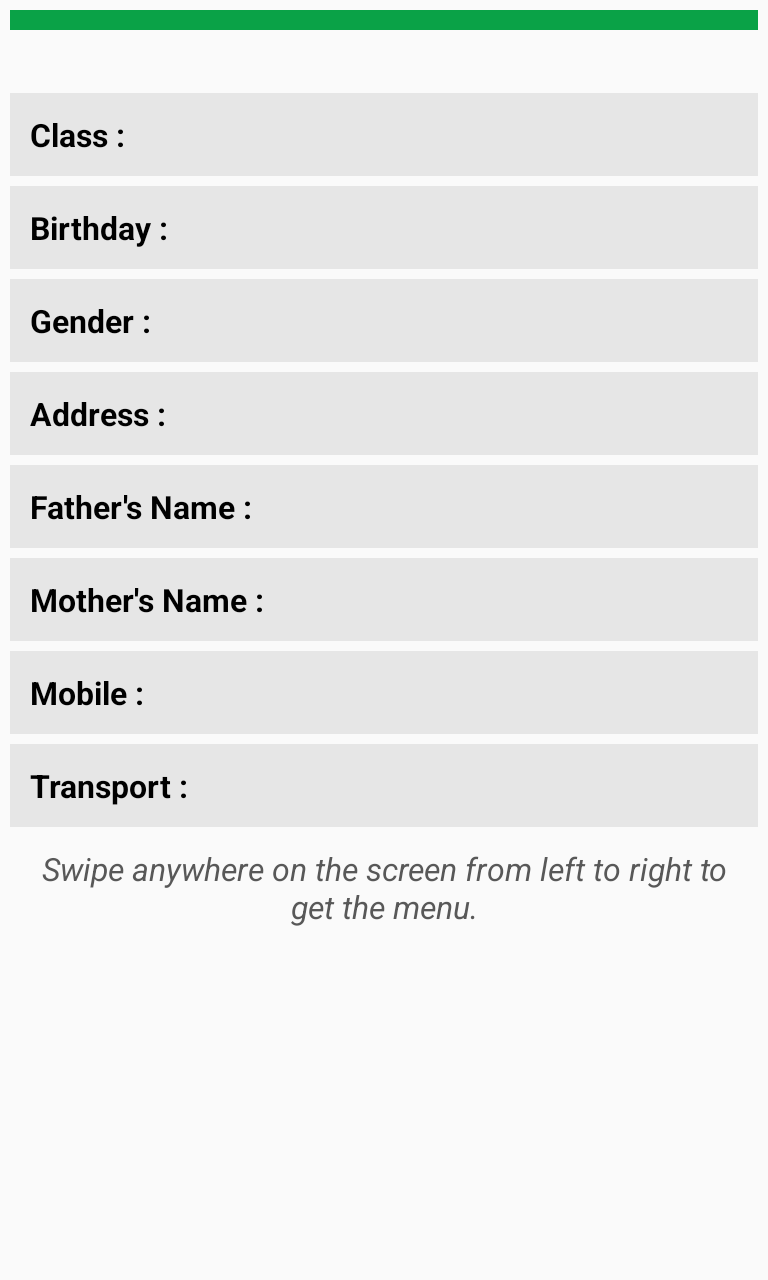
Repository: iguardian2015/iguardian-litchi
Layout: iguardian/res/layout/costum_main_student.xml
These files come from the project's save history. The layout is drawn as it stood at one moment and after the next save; the edit follows.
It is drawn on a 768 x 1280 px phone screen (xhdpi) without system bars, with theme AppTheme; the app's code is not run.

Above is the layout before, as saved 2015-01-14 16:22:54.

### iguardian/res/layout/costum_main_student.xml
<ScrollView xmlns:android="http://schemas.android.com/apk/res/android"
    xmlns:tools="http://schemas.android.com/tools"
    android:layout_width="fill_parent"
    android:layout_height="fill_parent"
    tools:context=".ComposeMessage" >

    <LinearLayout
        android:layout_width="match_parent"
        android:layout_height="wrap_content"
        android:layout_centerInParent="false"
        android:orientation="vertical"
        android:padding="5dp" >

        <ImageView
            android:id="@+id/student_image"
            android:layout_width="fill_parent"
            android:layout_height="fill_parent"
            android:layout_gravity="center"
            android:background="#0AA247"
            android:padding="5dp" />

        <TextView
            android:id="@+id/student_name"
            android:layout_width="fill_parent"
            android:layout_height="wrap_content"
            android:gravity="center"
            android:padding="5dp"
            android:textColor="#000000"
            android:textSize="16sp"
            android:textStyle="bold" />

        <LinearLayout
            android:layout_width="match_parent"
            android:layout_height="wrap_content"
            android:layout_centerInParent="false"
            android:layout_marginBottom="5dp"
            android:background="#E6E6E6"
            android:orientation="horizontal"
            android:padding="5dp" >

            <TextView
                android:id="@+id/student_classs"
                android:layout_width="wrap_content"
                android:layout_height="wrap_content"
                android:gravity="left"
                android:padding="5dp"
                android:text="Class :"
                android:textColor="#000000"
                android:textSize="16sp"
                android:textStyle="bold" />

            <TextView
                android:id="@+id/student_class"
                android:layout_width="wrap_content"
                android:layout_height="wrap_content"
                android:padding="5dp"
                android:textColor="#000000"
                android:textSize="14sp"
                android:textStyle="italic" />
        </LinearLayout>

        <LinearLayout
            android:layout_width="match_parent"
            android:layout_height="wrap_content"
            android:layout_centerInParent="false"
            android:layout_marginBottom="5dp"
            android:background="#E6E6E6"
            android:orientation="horizontal"
            android:padding="5dp" >

            <TextView
                android:id="@+id/student_birth_dates"
                android:layout_width="wrap_content"
                android:layout_height="wrap_content"
                android:gravity="left"
                android:padding="5dp"
                android:text="Birthday :"
                android:textColor="#000000"
                android:textSize="16sp"
                android:textStyle="bold" />

            <TextView
                android:id="@+id/student_birth_date"
                android:layout_width="wrap_content"
                android:layout_height="wrap_content"
                android:padding="5dp"
                android:textColor="#000000"
                android:textSize="14sp"
                android:textStyle="italic"
                android:typeface="sans" />
        </LinearLayout>

        <LinearLayout
            android:layout_width="match_parent"
            android:layout_height="wrap_content"
            android:layout_centerInParent="false"
            android:layout_marginBottom="5dp"
            android:background="#E6E6E6"
            android:orientation="horizontal"
            android:padding="5dp" >

            <TextView
                android:id="@+id/student_genders"
                android:layout_width="wrap_content"
                android:layout_height="wrap_content"
                android:gravity="left"
                android:padding="5dp"
                android:text="Gender :"
                android:textColor="#000000"
                android:textSize="16sp"
                android:textStyle="bold" />

            <TextView
                android:id="@+id/student_gender"
                android:layout_width="wrap_content"
                android:layout_height="wrap_content"
                android:padding="5dp"
                android:textColor="#000000"
                android:textSize="14sp"
                android:textStyle="italic" />
        </LinearLayout>

        <LinearLayout
            android:layout_width="match_parent"
            android:layout_height="wrap_content"
            android:layout_centerInParent="false"
            android:layout_marginBottom="5dp"
            android:background="#E6E6E6"
            android:orientation="horizontal"
            android:padding="5dp" >

            <TextView
                android:id="@+id/student_addresses"
                android:layout_width="wrap_content"
                android:layout_height="wrap_content"
                android:gravity="left"
                android:padding="5dp"
                android:text="Address :"
                android:textColor="#000000"
                android:textSize="16sp"
                android:textStyle="bold" />

            <TextView
                android:id="@+id/student_address"
                android:layout_width="wrap_content"
                android:layout_height="wrap_content"
                android:padding="5dp"
                android:textColor="#000000"
                android:textSize="14sp"
                android:textStyle="italic" />
        </LinearLayout>

        <LinearLayout
            android:layout_width="match_parent"
            android:layout_height="wrap_content"
            android:layout_centerInParent="false"
            android:layout_marginBottom="5dp"
            android:background="#E6E6E6"
            android:orientation="horizontal"
            android:padding="5dp" >

            <TextView
                android:id="@+id/student_father_names"
                android:layout_width="wrap_content"
                android:layout_height="wrap_content"
                android:gravity="left"
                android:padding="5dp"
                android:text="Father&apos;s Name :"
                android:textColor="#000000"
                android:textSize="16sp"
                android:textStyle="bold" />

            <TextView
                android:id="@+id/student_father_name"
                android:layout_width="wrap_content"
                android:layout_height="wrap_content"
                android:padding="5dp"
                android:textColor="#000000"
                android:textSize="14sp"
                android:textStyle="italic"
                android:typeface="sans" />
        </LinearLayout>

        <LinearLayout
            android:layout_width="match_parent"
            android:layout_height="wrap_content"
            android:layout_centerInParent="false"
            android:layout_marginBottom="5dp"
            android:background="#E6E6E6"
            android:orientation="horizontal"
            android:padding="5dp" >

            <TextView
                android:id="@+id/student_mother_names"
                android:layout_width="wrap_content"
                android:layout_height="wrap_content"
                android:gravity="left"
                android:padding="5dp"
                android:text="Mother&apos;s Name :"
                android:textColor="#000000"
                android:textSize="16sp"
                android:textStyle="bold" />

            <TextView
                android:id="@+id/student_mother_name"
                android:layout_width="wrap_content"
                android:layout_height="wrap_content"
                android:padding="5dp"
                android:textColor="#000000"
                android:textSize="14sp"
                android:textStyle="italic" />
        </LinearLayout>

        <LinearLayout
            android:layout_width="match_parent"
            android:layout_height="wrap_content"
            android:layout_centerInParent="false"
            android:layout_marginBottom="5dp"
            android:background="#E6E6E6"
            android:orientation="horizontal"
            android:padding="5dp" >

            <TextView
                android:id="@+id/student_mobile"
                android:layout_width="wrap_content"
                android:layout_height="wrap_content"
                android:gravity="left"
                android:padding="5dp"
                android:text="Mobile :"
                android:textColor="#000000"
                android:textSize="16sp"
                android:textStyle="bold" />

            <TextView
                android:id="@+id/no_of_communication"
                android:layout_width="fill_parent"
                android:layout_height="wrap_content"
                android:padding="5dp"
                android:textColor="#000000"
                android:textSize="14sp"
                android:textStyle="italic" />
        </LinearLayout>

        <LinearLayout
            android:layout_width="match_parent"
            android:layout_height="wrap_content"
            android:layout_centerInParent="false"
            android:layout_marginBottom="5dp"
            android:background="#E6E6E6"
            android:orientation="horizontal"
            android:padding="5dp" >

            <TextView
                android:id="@+id/transportview"
                android:layout_width="wrap_content"
                android:layout_height="wrap_content"
                android:gravity="left"
                android:padding="5dp"
                android:text="Transport :"
                android:textColor="#000000"
                android:textSize="16sp"
                android:textStyle="bold" />

            <TextView
                android:id="@+id/transport"
                android:layout_width="fill_parent"
                android:layout_height="wrap_content"
                android:padding="5dp"
                android:textColor="#000000"
                android:textSize="14sp"
                android:textStyle="italic" />
        </LinearLayout>

        <TextView
            android:id="@+id/swipe_anywhere"
            android:layout_width="match_parent"
            android:layout_height="wrap_content"
            android:gravity="center"
            android:padding="5dp"
            android:text="@string/swipe"
            android:textColor="#585858"
            android:textSize="16sp"
            android:textStyle="italic" />
    </LinearLayout>

</ScrollView>

### iguardian/res/values/styles.xml
<resources>

    <!--
        Base application theme, dependent on API level. This theme is replaced
        by AppBaseTheme from res/values-vXX/styles.xml on newer devices.
    -->
    <style name="AppBaseTheme" parent="Theme.AppCompat.Light">
        <!--
            Theme customizations available in newer API levels can go in
            res/values-vXX/styles.xml, while customizations related to
            backward-compatibility can go here.
        -->
    </style>

    <!-- Application theme. -->
    <style name="AppTheme" parent="AppBaseTheme">
        <!-- All customizations that are NOT specific to a particular API-level can go here. -->
    </style>

    <style name="DefaultButtonText">
       <item name="android:layout_width">fill_parent</item>
        <item name="android:layout_height">wrap_content</item>
        <item name="android:textColor">#FFFFFF</item>
        <item name="android:gravity">center</item>
        <item name="android:layout_margin">3dp</item>
        <item name="android:textStyle">normal</item>
        <item name="android:textSize">20sp</item>
        <item name="android:shadowColor">#f9f9f9</item>
        <item name="android:shadowDx">1</item>
        <item name="android:shadowDy">1</item>
        <item name="android:shadowRadius">1</item>
    </style>

    <style name="btnStyleBeige" parent="@android:style/Widget.Button">
       <item name="android:textSize">15sp</item>
       <item name="android:textStyle">bold</item>
       <item name="android:textColor">#5d6153</item>
       <item name="android:gravity">center</item>
       <item name="android:shadowColor">#000000</item>
       <item name="android:shadowDx">1</item>
       <item name="android:shadowDy">1</item>
       <item name="android:shadowRadius">0.6</item>
       <item name="android:background">@drawable/custom_button</item>
       <item name="android:padding">10dip</item>
   </style>

</resources>

### iguardian/res/values/strings.xml
<?xml version="1.0" encoding="utf-8"?>
<resources>

    <string name="app_name">iguardian</string>
    <string name="hello_world">Hello world!</string>
    <string name="action_settings">Settings</string>
    <string name="hello_blank_fragment">Hello blank fragment</string>
    <string name="username">Username:</string>
    <string name="password">Password:</string>
    <string name="Login">Login</string>
    <string name="attempts">Attempts Left:</string>
    <string name="select">Select School</string>
    <string name="action_logout">LogOut</string>
    <string name="action_add_account">Add Account</string>
     <string name="swipe">Swipe anywhere on the screen from left to right to get the menu.</string>

    <string-array name="imenu">
        <item>Student Profile</item>
        <item>Assignments</item>
        <item>Attendance</item>
        <item>Inbox</item>
        <item>Outbox</item>
        <item>Compose Message</item>
        <item>Marks</item>
        <item>Time Table</item>
        <item>Exams Schedule</item>
        <item>Circulars</item>
        <item>Bus Routes</item>
        <item>Report Problem</item>
    </string-array>

    <string name="drawer_open">Open Navigation Drawer</string>
    <string name="drawer_close">Close Navigation Drawer</string>
    <string name="title_activity_assignment">Assignment</string>
    <string name="title_activity_attendance">Attendance</string>
    <string name="title_activity_messages">Messages</string>
    <string name="title_section1">Section 1</string>
    <string name="title_section2">Section 2</string>
    <string name="title_section3">Section 3</string>
    <string name="navigation_drawer_open">Open navigation drawer</string>
    <string name="navigation_drawer_close">Close navigation drawer</string>
    <string name="action_example">Example action</string>
    <string name="title_activity_marks">Marks</string>
    <string name="title_activity_time_table">TimeTable</string>
    <string name="title_activity_exams_schedule">ExamsSchedule</string>
    <string name="title_activity_circulars">Circulars</string>
    <string name="title_activity_loginSuccess">Student</string>
    <string name="title_activity_MainActivity">Student</string>
    <string name="title_activity_test_database">Test_database</string>
    <string name="title_activity_test">Test</string>
    <string name="title_activity_assignment_view">AssignmentView</string>
    <string name="title_activity_circular_view">CircularView</string>
    <string name="title_activity_login_activity2">LoginActivity2</string>

    <!--
    <string name="app_name">Prakash Creative</string>
    <string name="hello_world">Hello world!</string>




    -->

    <string name="menu_settings">Settings</string>
    <!-- <string name="title_activity_main">MainActivity</string> -->
    <string name="error_config">Please set the %1$s constant and recompile the app.</string>
    <string name="already_registered">Device is already registered.</string>
    <string name="gcm_registered">From GCM: device successfully registered!</string>
    <string name="gcm_unregistered">From GCM: device successfully unregistered!</string>
    <string name="gcm_message">From GCM: you got message!</string>
    <string name="gcm_error">From GCM: error (%1$s).</string>
    <string name="gcm_recoverable_error">From GCM: recoverable error (%1$s).</string>
    <string name="gcm_deleted">From GCM: server deleted %1$d pending messages!</string>
    <string name="server_registering">Trying (attempt %1$d/%2$d) to register device on Demo Server.</string>
    <string name="server_registered">From Demo Server: successfully added device!</string>
    <string name="server_unregistered">From Demo Server: successfully removed device!</string>
    <string name="server_register_error">Could not register device on Demo Server after %1$d attempts.</string>
    <string name="server_unregister_error">Could not unregister device on Demo Server (%1$s).</string>
    <string name="options_register">Register</string>
    <string name="options_unregister">Unregister</string>
    <string name="options_clear">Clear</string>
    <string name="options_exit">Exit</string>
    <string name="title_activity_demo">DemoActivity</string>
    <string name="title_activity_report_problem">ReportProblem</string>
    <string name="title_activity_select_school">SelectSchool</string>
    <string name="title_activity_bus_route">BusRoute</string>

</resources>

Loaded but not shown: iguardian/res/values-v11/styles.xml (common file); iguardian/res/values-v14/styles.xml (common file)

After the next save:
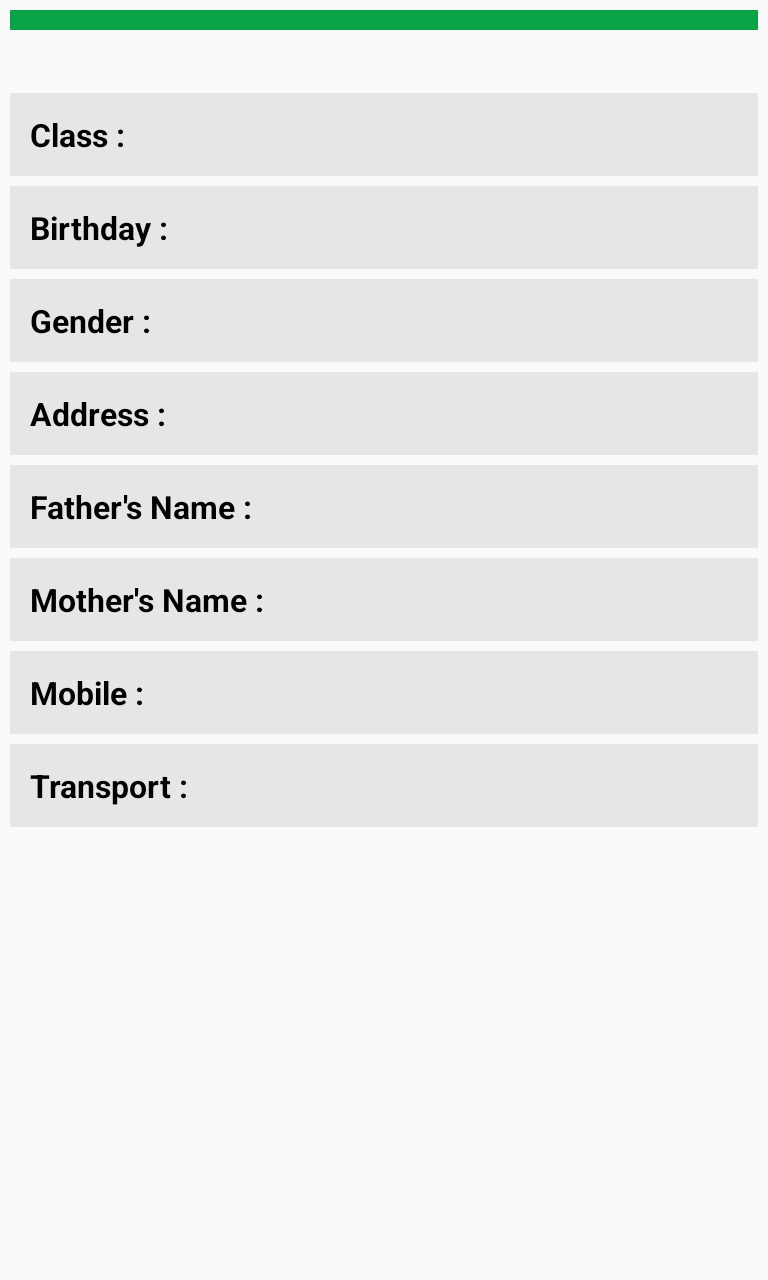
Saved 2 min 6 s later.
--- a/iguardian/res/layout/costum_main_student.xml
+++ b/iguardian/res/layout/costum_main_student.xml
@@ -277,7 +277,7 @@
             android:layout_height="wrap_content"
             android:gravity="center"
             android:padding="5dp"
-            android:text="@string/swipe"
+
             android:textColor="#585858"
             android:textSize="16sp"
             android:textStyle="italic" />
